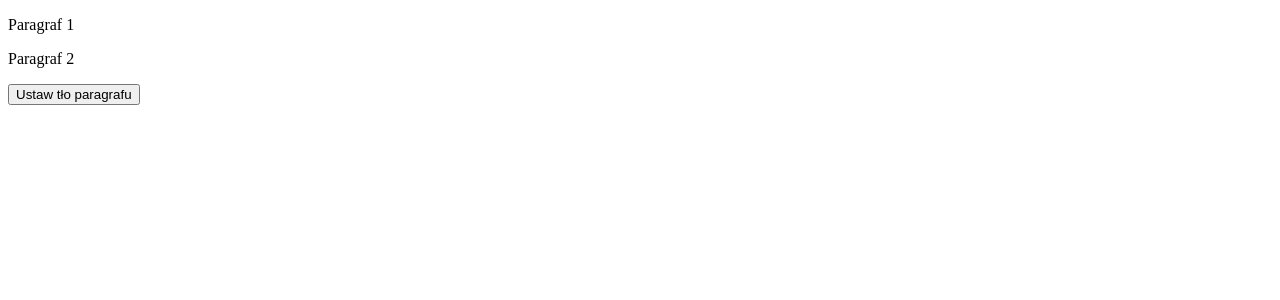
Repository: magdaf41/JavaScript
Page: JS DOM zadanie_4/index.html
These files come from the project's save history. The page is drawn as it stood at one moment and after the next save; the edit follows.
The browser window is 1280 px wide. The pictures show the whole page.

Above is the page before, as saved 2020-09-06 13:28:32.

### JS DOM zadanie_4/index.html
<!DOCTYPE html>
<html lang="en">

<head>
    <meta charset="UTF-8">
    <meta name="viewport" content="width=device-width, initial-scale=1.0">
    <title>Warsztat 1</title>
    <link rel="stylesheet" href="css/style.css">
</head>

<body>

    <p class="first">Paragraf 1</p>
    <p class="second">Paragraf 2</p>
    <button id="setBackground">Ustaw tło paragrafu</button>


    <script src="js/script.js"></script>
</body>

</html>

### JS DOM zadanie_4/js/script.js
const setBackground = () => {
    let firstParagraph = document.querySelector(".first");
    let secondParagraph = document.querySelector(".second");

    // firstParagraph.style.backgroundColor = "red";
    // secondParagraph.style.backgroundColor = "yellow"
    firstParagraph.classList.add('bg-red');
    secondParagraph.classList.add('bg-yellow');
}

let button = document.getElementById('setBackground');
console.log(button);

button.addEventListener('click', setBackground);

Loaded but not shown: JS DOM zadanie_4/css/style.css (no stored copy; drawn as an empty file)

After the next save:
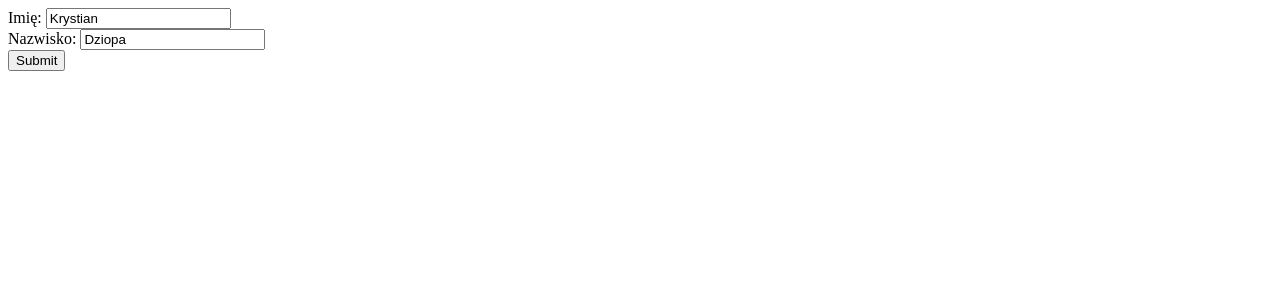
Console error: TypeError: Cannot read properties of null (reading 'addEventListener')
Saved 29 min 31 s later.
--- a/JS DOM zadanie_4/index.html
+++ b/JS DOM zadanie_4/index.html
@@ -9,10 +9,13 @@
 </head>
 
 <body>
-
-    <p class="first">Paragraf 1</p>
-    <p class="second">Paragraf 2</p>
-    <button id="setBackground">Ustaw tło paragrafu</button>
+    <form id="form" action="">
+        <label>Imię: <input type="text" name="fname" value="Krystian"></label>
+        <br />
+        <label>Nazwisko: <input type="text" name="lname" value="Dziopa"></label>
+        <br />
+        <input type="submit" value="Submit">
+    </form>
 
 
     <script src="js/script.js"></script>
